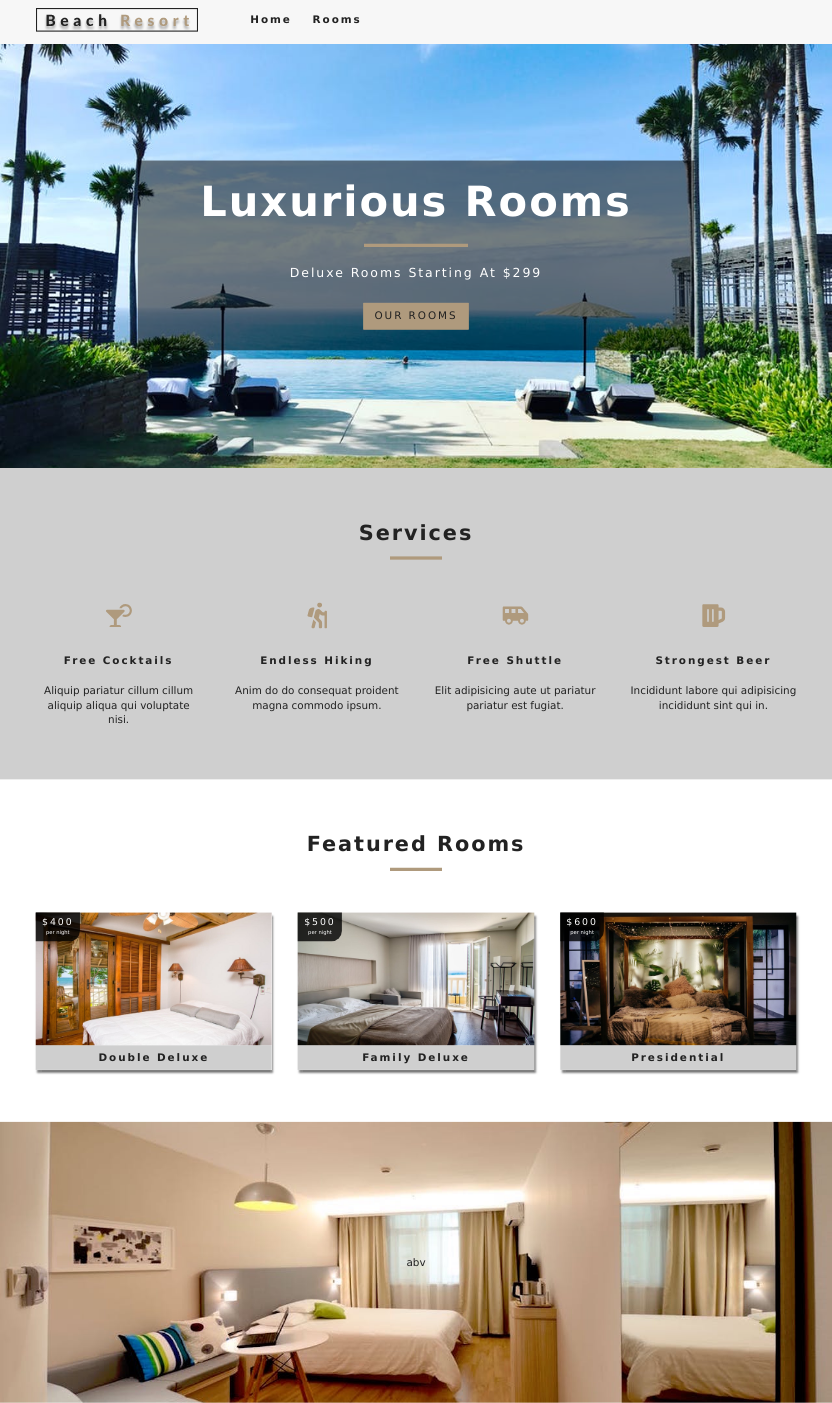
Repository: thanhn379/react-beach-resort
Page: /
The author's editor kept a copy of each file at every save. The page is drawn from the files as they stood at one save, then again after the next save.
The browser window is 1280 px wide. The pictures show the whole page, at 65% of full size.
The project was rebuilt for these pictures with package versions that can differ from the ones it lists, and the page was loaded fresh each time. Also part of the build but not shown: src/pages/Rooms.js, src/pages/SingleRoom.js, src/pages/Error.js.

Above is the page before, as saved 2019-11-16 03:30:48.

### public/index.html
<!DOCTYPE html>
<html lang="en">
  <head>
    <meta charset="utf-8" />
    <link rel="icon" href="%PUBLIC_URL%/favicon.ico" />
    <meta name="viewport" content="width=device-width, initial-scale=1" />
    <meta name="theme-color" content="#000000" />
    <meta
      name="description"
      content="Web site created using create-react-app"
    />
    <link rel="apple-touch-icon" href="logo192.png" />
    <!--
      manifest.json provides metadata used when your web app is installed on a
      user's mobile device or desktop. See https://developers.google.com/web/fundamentals/web-app-manifest/
    -->
    <link rel="manifest" href="%PUBLIC_URL%/manifest.json" />
    <!--
      Notice the use of %PUBLIC_URL% in the tags above.
      It will be replaced with the URL of the `public` folder during the build.
      Only files inside the `public` folder can be referenced from the HTML.

      Unlike "/favicon.ico" or "favicon.ico", "%PUBLIC_URL%/favicon.ico" will
      work correctly both with client-side routing and a non-root public URL.
      Learn how to configure a non-root public URL by running `npm run build`.
    -->
    <title>Resort recording</title>
  </head>
  <body>
    <noscript>You need to enable JavaScript to run this app.</noscript>
    <div id="root"></div>
    <!--
      This HTML file is a template.
      If you open it directly in the browser, you will see an empty page.

      You can add webfonts, meta tags, or analytics to this file.
      The build step will place the bundled scripts into the <body> tag.

      To begin the development, run `npm start` or `yarn start`.
      To create a production bundle, use `npm run build` or `yarn build`.
    -->
  </body>
</html>

### src/index.js
import React from "react";
import ReactDOM from "react-dom";
import { BrowserRouter as Router } from "react-router-dom";
// import './index.css';
import App from "./App";
import * as serviceWorker from "./serviceWorker";
import { RoomProvider } from "./context";

ReactDOM.render(
  <RoomProvider>
    <Router>
      <App />
    </Router>
  </RoomProvider>,
  document.getElementById("root")
);

// If you want your app to work offline and load faster, you can change
// unregister() to register() below. Note this comes with some pitfalls.
// Learn more about service workers: https://bit.ly/CRA-PWA
serviceWorker.unregister();

### src/App.js
import React from "react";
import "./App.css";

import NavBar from "./components/NavBar";

import Home from "./pages/Home";
import Rooms from "./pages/Rooms";
import SingleRoom from "./pages/SingleRoom";
import Error from "./pages/Error";

import { Route, Switch } from "react-router-dom";

function App() {
  return (
    <>
      <NavBar />
      <Switch>
        <Route exact path="/" component={Home} />
        <Route exact path="/rooms/" component={Rooms} />
        <Route exact path="/rooms/:slug/" component={SingleRoom} />
        <Route component={Error} />
      </Switch>
    </>
  );
}

export default App;

### src/context.js
import React, { Component } from "react";
import items from "./data";

const RoomContext = React.createContext();

class RoomProvider extends Component {
  state = { rooms: [], sortedRooms: [], featuredRooms: [], loading: true };

  //getData

  componentDidMount() {
    // this.getData
    let rooms = this.formatData(items);
    let featuredRooms = rooms.filter(room => room.featured === true);

    this.setState({ rooms, featuredRooms, sortedRooms: rooms, loading: false });
  }

  formatData(items) {
    let tempItems = items.map(item => {
      let id = item.sys.id;
      let images = item.fields.images.map(image => image.fields.file.url);

      let room = { ...item.fields, images, id };

      return room;
    });

    return tempItems;
  }

  getRoom = slug => {
    let tempRooms = [...this.state.rooms];
    const room = tempRooms.find(room => room.slug === slug);
    return room;
  };

  render() {
    return (
      <RoomContext.Provider value={{ ...this.state, getRoom: this.getRoom }}>
        {this.props.children}
      </RoomContext.Provider>
    );
  }
}

const RoomConsumer = RoomContext.Consumer;

export { RoomProvider, RoomConsumer, RoomContext };

### src/components/NavBar.js
import React, { Component } from "react";
import Logo from "../images/logo.svg";
import { FaAlignRight } from "react-icons/fa";
import { Link } from "react-router-dom";

export default class NavBar extends Component {
  state = {
    isOpen: false
  };
  handleToggle = () => {
    this.setState({ isOpen: !this.state.isOpen });
  };
  render() {
    return (
      <nav className="navbar">
        <div className="nav-center">
          <div className="nav-header">
            <Link to="/">
              <img src={Logo} alt="Beach Resort" />
            </Link>
            <button
              type="button"
              className="nav-btn"
              onClick={this.handleToggle}
            >
              <FaAlignRight className="nav-icon" />
            </button>
          </div>
          <ul
            className={this.state.isOpen ? "nav-links show-nav" : "nav-links"}
          >
            <li>
              <Link to="/">Home</Link>
            </li>
            <li>
              <Link to="/rooms">Rooms</Link>
            </li>
          </ul>
        </div>
      </nav>
    );
  }
}

### src/pages/Home.js
import React from "react";
import Hero from "../components/Hero";
import Banner from "../components/Banner";
import { Link } from "react-router-dom";
import Services from "../components/Services";
import FeaturedRooms from "../components/FeaturedRooms";

import Demo from "../components/StyledHero";

export default function Home() {
  return (
    <>
      <Hero>
        <Banner
          title="luxurious rooms"
          subtitle="deluxe rooms starting at $299"
        >
          <Link to="/rooms" className="btn-primary">
            our rooms
          </Link>
        </Banner>
      </Hero>
      <Services />
      <FeaturedRooms />

      <Demo>abv</Demo>
    </>
  );
}

### src/components/Services.js
import React, { Component } from "react";
import { FaCocktail, FaHiking, FaShuttleVan, FaBeer } from "react-icons/fa";
import Title from "./Title";

export default class Services extends Component {
  state = {
    services: [
      {
        icon: <FaCocktail />,
        title: "free cocktails",
        info:
          "Aliquip pariatur cillum cillum aliquip aliqua qui voluptate nisi."
      },
      {
        icon: <FaHiking />,
        title: "Endless Hiking",
        info: "Anim do do consequat proident magna commodo ipsum."
      },
      {
        icon: <FaShuttleVan />,
        title: "Free Shuttle",
        info: "Elit adipisicing aute ut pariatur pariatur est fugiat."
      },
      {
        icon: <FaBeer />,
        title: "Strongest Beer",
        info: "Incididunt labore qui adipisicing incididunt sint qui in."
      }
    ]
  };

  render() {
    return (
      <section className="services">
        <Title title="services" />

        <div className="services-center">
          {this.state.services.map((item, index) => {
            return (
              <article key={index} className="service">
                <span>{item.icon}</span>
                <h6>{item.title}</h6>
                <p>{item.info}</p>
              </article>
            );
          })}
        </div>
      </section>
    );
  }
}

### src/components/FeaturedRooms.js
import React, { Component } from "react";
import { RoomContext } from "../context";
import Loading from "./Loading";
import Room from "./Room";
import Title from "./Title";

export default class FeaturedRooms extends Component {
  static contextType = RoomContext;

  render() {
    let { loading, featuredRooms: rooms } = this.context;
    rooms = rooms.map(room => {
      return <Room key={room.id} room={room} />;
    });
    return (
      <section className="featured-rooms">
        <Title title="featured rooms" />
        <div className="featured-rooms-center">
          {loading ? <Loading /> : rooms}
        </div>
      </section>
    );
  }
}

### src/components/StyledHero.js
import styled from "styled-components";
import defaultImg from "../images/room-1.jpeg";

const StyledHero = styled.header`
  min-height: 60vh;
  background: url(${defaultImg}) center/cover no-repeat;
  display: flex;
  align-items: center;
  justify-content: center;
`;

export default StyledHero;

### src/components/Loading.js
import React from "react";
import loadingGif from "../images/gif/loading-arrow.gif";

export default function Loading() {
  return (
    <div className="loading">
      <h4>rooms data loading ...</h4>
      <img src={loadingGif} alt="" />
    </div>
  );
}

### src/components/Room.js
import React from "react";
import { Link } from "react-router-dom";
import defaultImg from "../images/room-1.jpeg";
import PropTypes from "prop-types";

export default function Room({ room }) {
  let { name, slug, images, price } = room;

  return (
    <article className="room">
      <div className="img-container">
        <img src={images[0] || defaultImg} alt="single room" />
        <div className="price-top">
          <h6>${price}</h6>
          <p>per night</p>
        </div>
        <Link to={`/rooms/${slug}`} className="btn-primary room-link">
          Features
        </Link>
      </div>
      <p className="room-info">{name}</p>
    </article>
  );
}

Room.propTypes = {
  room: PropTypes.shape({
    name: PropTypes.string.isRequired,
    slug: PropTypes.string.isRequired,
    images: PropTypes.arrayOf(PropTypes.string).isRequired,
    price: PropTypes.number.isRequired
  })
};

Loaded but not shown: src/serviceWorker.js (common file); src/App.css (common file); src/components/Hero.js (common file); src/components/Banner.js (common file); src/components/Title.js (common file); src/data.js (760 lines, source omitted)

After the next save:
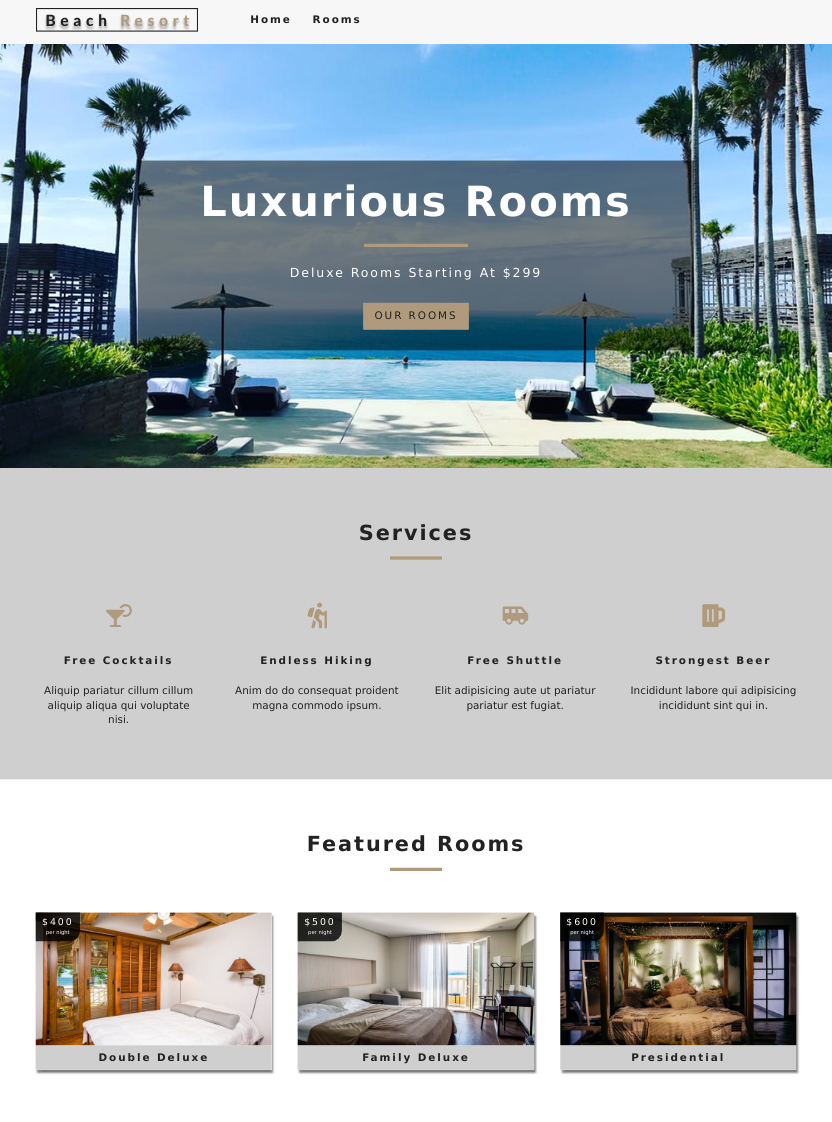
Saved 6 min 9 s later.
--- a/src/pages/Home.js
+++ b/src/pages/Home.js
@@ -4,8 +4,6 @@ import Banner from "../components/Banner";
 import { Link } from "react-router-dom";
 import Services from "../components/Services";
 import FeaturedRooms from "../components/FeaturedRooms";
-
-import Demo from "../components/StyledHero";
 
 export default function Home() {
   return (
@@ -22,8 +20,6 @@ export default function Home() {
       </Hero>
       <Services />
       <FeaturedRooms />
-
-      <Demo>abv</Demo>
     </>
   );
 }
